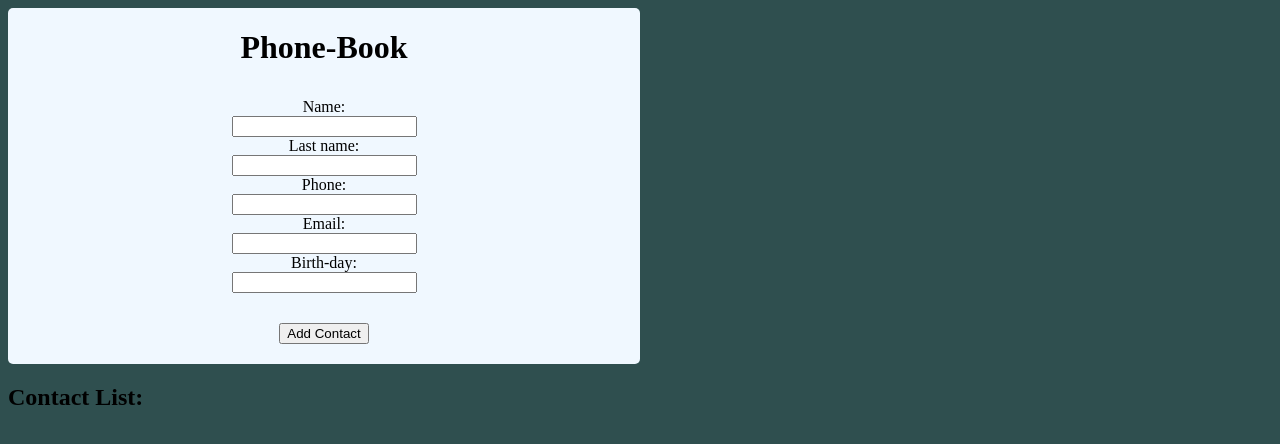
Repository: STA1357/Phone-book
Page: Inner.html
An editor plug-in stored every save of this project. The page is shown before and after the next save, followed by the edit.
The browser window is 1280 px wide. The pictures show the whole page.

Above is the page before, as saved 2020-12-08 09:59:18.

### Inner.html
<!DOCTYPE html>
<html lang="en">
<head>
    <meta charset="UTF-8">
    <meta name="viewport" content="width=device-width, initial-scale=1.0">
    <title>Phone Book</title>
    <link rel="stylesheet" href="./styles.css">
</head>
<body>
    <form action="#" method="POST">

        <header>
            <div class="header-title">
                <h1>Phone-Book</h1>
            </div>
        </header>

        <main>
            <div class="container">
                <label for="name">Name:</label>
                <input type="text" id="nameInput">
                <label for="lname">Last name:</label>
                <input type="text" id="lnameInput">
                <label for="tel">Phone:</label>
                <input type="text" id="telInput">
                <label for="email">Email:</label>
                <input type="text" id="emailInput">
                <label for="birthname">Birth-day:</label>
                <input type="text" id="birthInput">
            </div>

        </main>

        <div class="btn">
        <button onclick="return addUser()" type="submit" id="btnAdd">Add Contact</button>
    </div>
    </form>

    <h2>Contact List:</h2>
    <ul id="users"></ul>

    <script src="./app.js"></script>
</body>
</html>

### styles.css
*{
    box-sizing: border-box;
}

body{
    display: flex;
    flex-direction: column;
    background-color: darkslategray;
}

form{
    background-color: aliceblue;
    border-radius: 5px;
    width: 50%;
}
header{
    text-align: center;
}

main{
    flex-direction: column;
    padding: 10px;
    text-align: center;
}

.container{
    margin-left: 35%;
    text-align: center;
    width: 30%;
}

.btn{
    padding: 20px;
    text-align: center;
}

### app.js
const form = document.querySelector('form')
const list = document.getElementById('users')
const userName = document.getElementById('nameInput')
const userLname = document.getElementById('lnameInput')
const userTel = document.getElementById('telInput')
const userEmail = document.getElementById('emailInput')
const userBirth = document.getElementById('birthInput')
const entry = document.createElement('li')

function addUser (){
    const list = document.getElementById('users')
    const userName = document.getElementById('nameInput')
    const userLname = document.getElementById('lnameInput')
    const userTel = document.getElementById('telInput')
    const userEmail = document.getElementById('emailInput')
    const userBirth = document.getElementById('birthInput')
    const entry = document.createElement('li')
    entry.appendChild(document.createTextNode(userName.value + ' ' + userLname.value + ' '
    + userTel.value + ' ' + userEmail.value + ' ' + userBirth.value))
    list.appendChild(entry)
    return false
}


class Person{
    constructor(options){
        this.name = options.name
        this.lname = options.lname
        this.tel = options.tel
        this.email = options.email
        this.birthday = options.birthday
    }
}

class User extends Person{
    static type = "User"
}

const user = new User({
    name: "",
    lname: "",
    tel: "",
    email:"",
    birthday:""
})


localStorage.setItem('userInfo', JSON.stringify(user));




/*const raw = localStorage.getItem('userInfo')
const userInfo = JSON.parse(raw)
userInfo.name = 'Maxim'

console.log(userInfo);*/

After the next save:
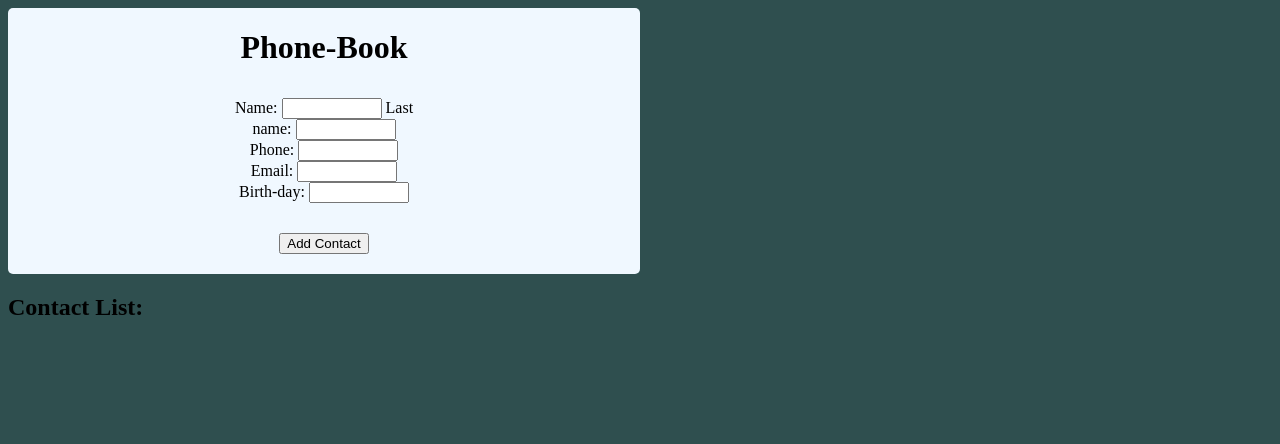
Saved 18 s later.
--- a/styles.css
+++ b/styles.css
@@ -33,3 +33,7 @@ main{
     padding: 20px;
     text-align: center;
 }
+
+input{
+    width: 100px;
+}

After the save that followed:
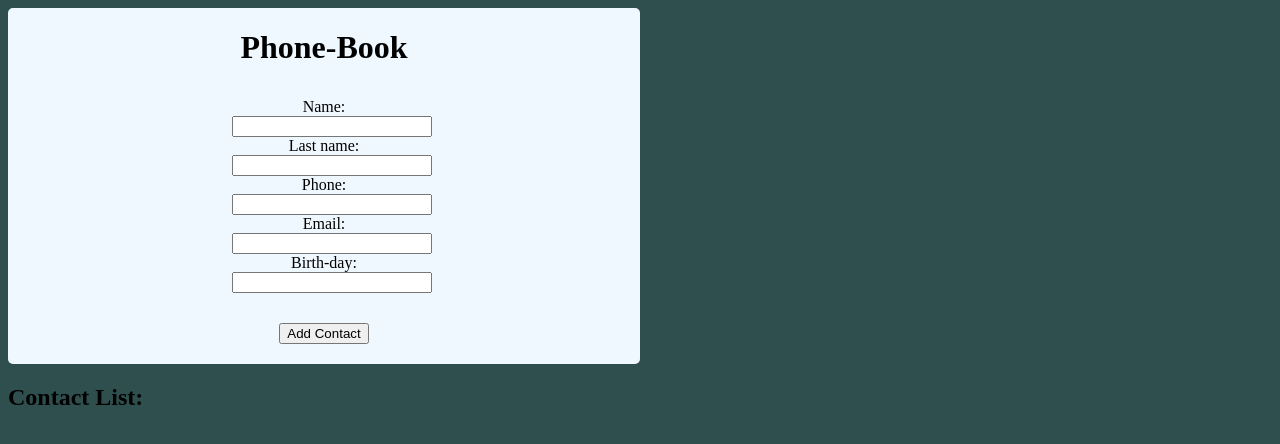
Saved 6 s later.
--- a/styles.css
+++ b/styles.css
@@ -35,5 +35,5 @@ main{
 }
 
 input{
-    width: 100px;
+    width: 200px;
 }
